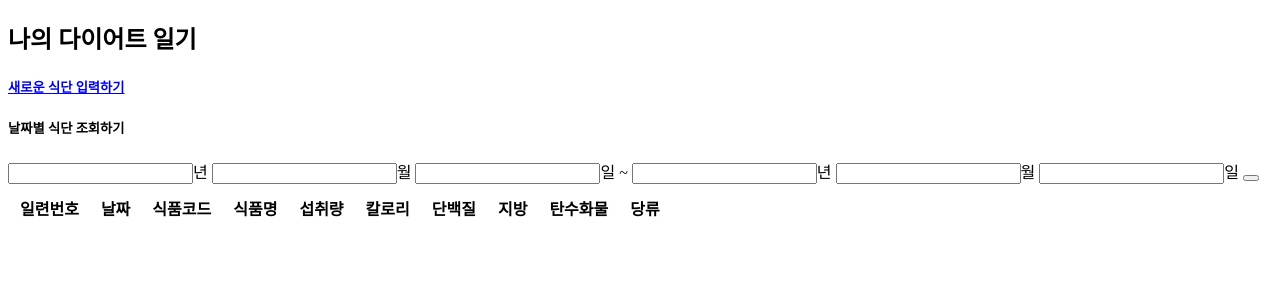
Repository: dkdud8140/OneDayProject_server
Page: http://localhost/Oneday_Server_food/WEB-INF/view/selectall.jsp
An editor plug-in stored every save of this project. The page is shown before and after the next save, followed by the edit.
The browser window is 1280 px wide. The pictures show the whole page.
The page is served by Tomcat 9. Nobody is signed in. The template is opened directly, without the code that normally fills it, so the values that code supplies are empty.

Above is the page before, as saved 2021-05-10 07:44:36.

After the next save:
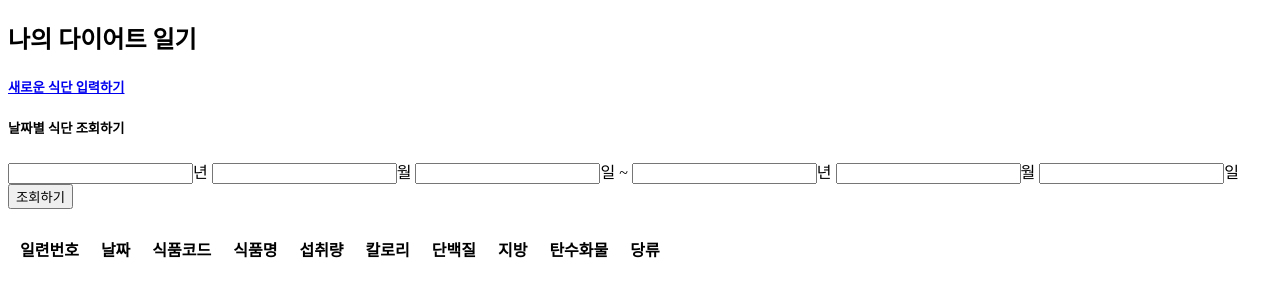
Saved 39 s later.
--- a/Oneday_Server_food/src/main/webapp/WEB-INF/view/selectall.jsp
+++ b/Oneday_Server_food/src/main/webapp/WEB-INF/view/selectall.jsp
@@ -22,9 +22,12 @@
 	<form action ="">
 	<input name ="sYear">년 <input name ="sMonth">월 <input name ="sDay">일 ~
 	<input name ="lYear">년 <input name ="lMonth">월 <input name ="lDay">일
-	<button></button>
+	<button>조회하기</button>
 	</form>
 
+	<p>
+	<p>
+	<p>
 
 
 	<table>
